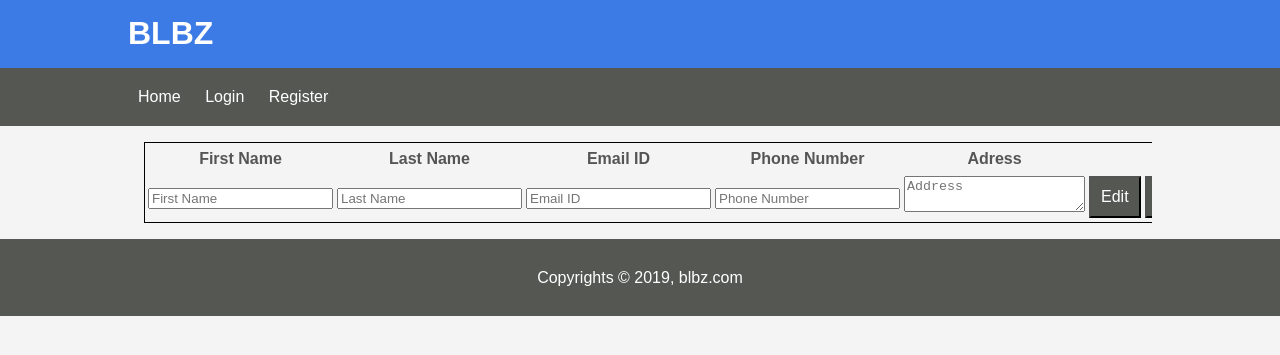
Repository: Kutty39/WebApps
Page: http://localhost/WebPageApp1/editpage.jsp
The author's editor kept a copy of each file at every save. The page is drawn from the files as they stood at one save, then again after the next save.
The browser window is 1280 px wide. The pictures show the whole page.
The page is served by Tomcat 9.

Above is the page before, as saved 2019-12-09 13:27:02.

After the next save:
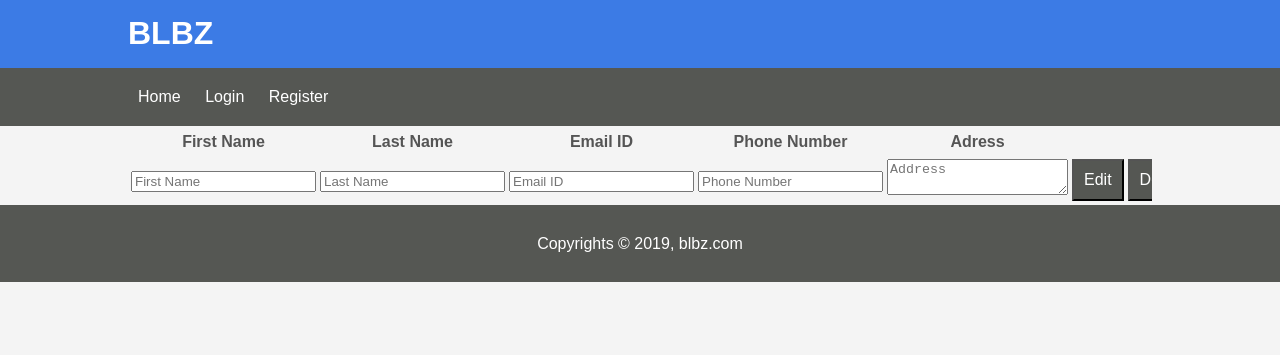
Saved 44 s later.
--- a/LoginRegistrationPage/WebPageApp1/src/main/webapp/editpage.jsp
+++ b/LoginRegistrationPage/WebPageApp1/src/main/webapp/editpage.jsp
@@ -29,7 +29,7 @@ pageEncoding="UTF-8"%>
 	</nav>
 	<section class="main">
 		<div id="ajx" class="container">
-			<table class="credtbl"	style="margin: 1rem; border-style: solid; border-color: black; border-width: 0.1rem; box-sizing: border-box;">
+			<table class="credtbl">
 				<tr>
 					<th>First Name</th>
 					<th>Last Name</th>
